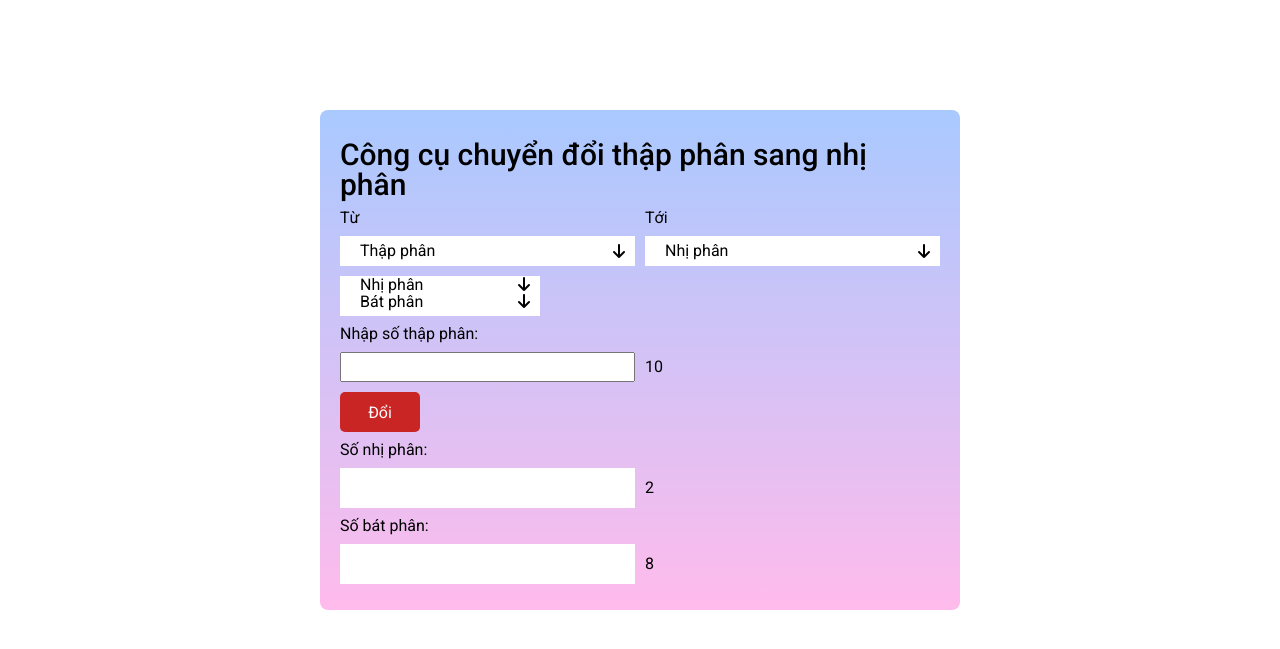
Repository: thuanpham00/covertNumber
Page: index.html
The author's editor kept a copy of each file at every save. The page is drawn from the files as they stood at one save, then again after the next save.
The browser window is 1280 px wide. The pictures show the whole page.
Some web libraries are served in a nearby version. The style sheet was rebuilt from its Sass, Less or Tailwind sources for each picture, by a compiler version that may differ from the author's.

Above is the page before, as saved 2023-11-05 16:45:27.
Console error: TypeError: Cannot read properties of null (reading 'addEventListener')

After the next save:
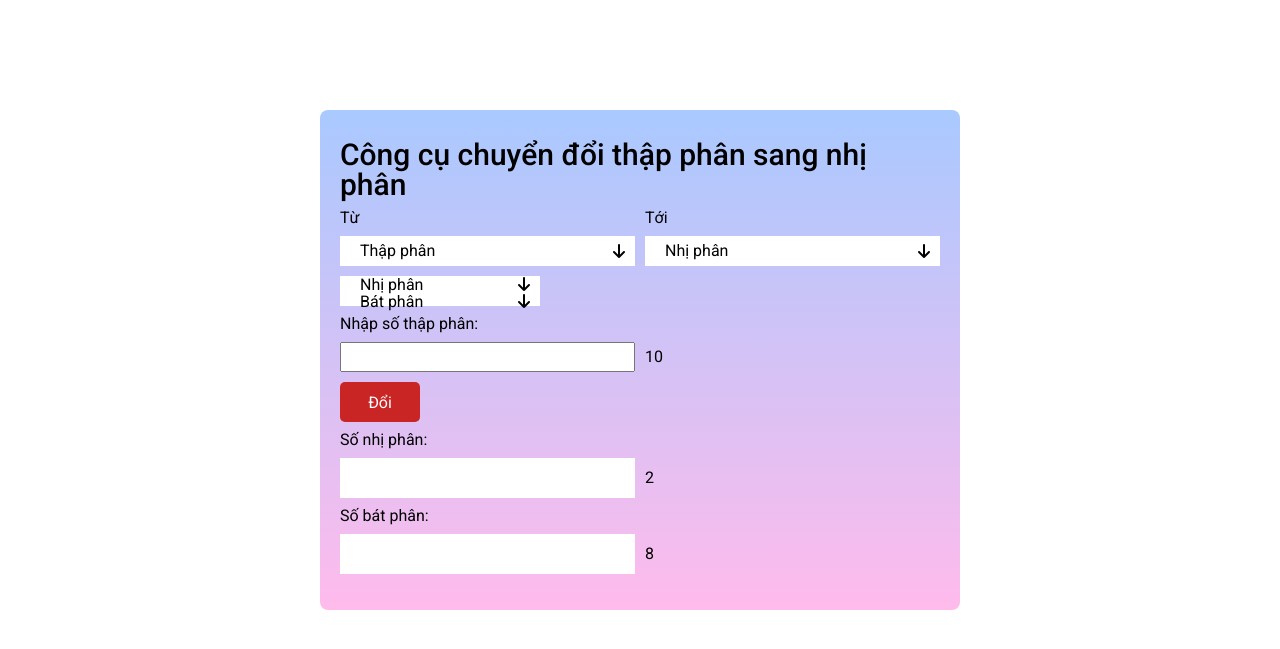
Saved 6 s later.
--- a/scss/main.scss
+++ b/scss/main.scss
@@ -223,7 +223,7 @@ button {
 
 .list {
     margin-top: 10px;
-    height: 40px;
+    height: 30px;
     width: 200px;
     background: #fff;
 
